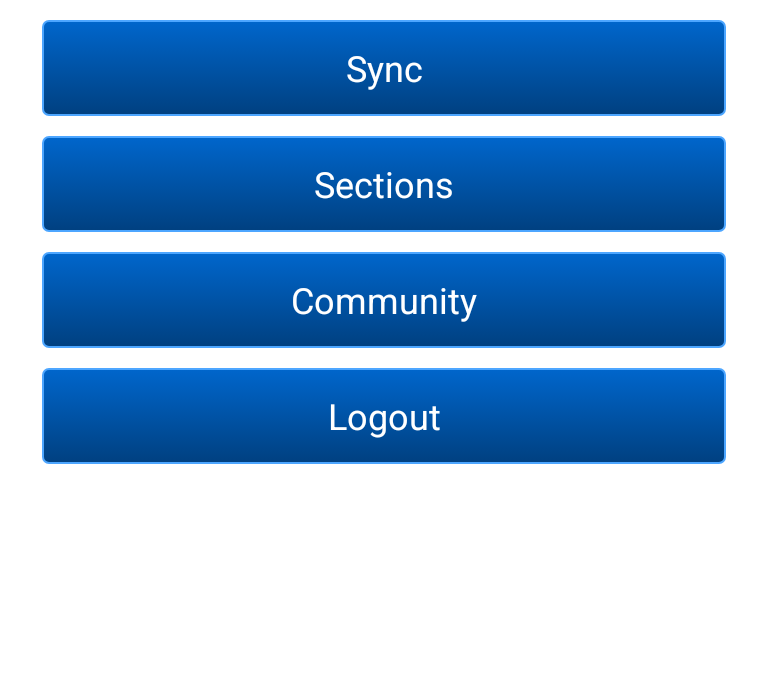
Repository: prabushitha/hydrosaver
Layout: hydrosaver/res/layout/activity_home.xml
These files come from the project's save history. The layout is drawn as it stood at one moment and after the next save; the edit follows.
The pictures show rows 582 to 1280 of an output 1280 px tall.
It is drawn on a 768 x 1280 px phone screen (xhdpi) without system bars, with theme AppTheme; the app's code is not run.

Above is the layout before, as saved 2016-10-08 07:11:24.

After the next save:
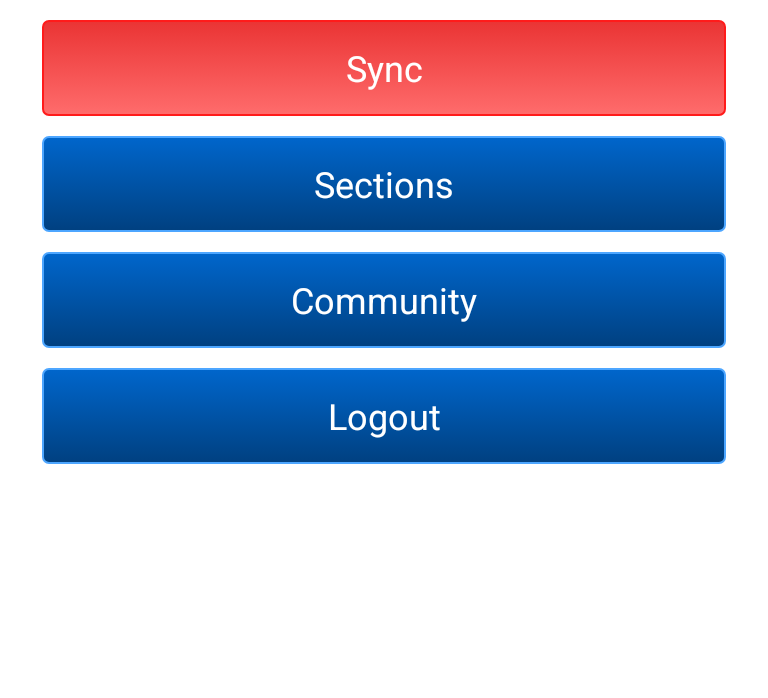
Saved 3 min 21 s later.
--- a/hydrosaver/res/drawable-mdpi/syncbutton.xml
+++ b/hydrosaver/res/drawable-mdpi/syncbutton.xml
@@ -3,22 +3,22 @@
  <item android:state_pressed="true" >
      <shape android:shape="rectangle"  >
          <corners android:radius="3dip" />
-         <stroke android:width="1dip" android:color="#4da6ff" />
-         <gradient android:angle="-90" android:startColor="#0066cc" android:endColor="#004080"  />
+         <stroke android:width="1dip" android:color="#ff1b1b" />
+         <gradient android:angle="-90" android:startColor="#ea3434" android:endColor="#ff6c6c"  />
      </shape>
  </item>
 <item android:state_focused="true">
      <shape android:shape="rectangle"  >
          <corners android:radius="3dip" />
-         <stroke android:width="1dip" android:color="#0066cc" />
-         <solid android:color="#4da6ff"/>
+         <stroke android:width="1dip" android:color="#ea3434" />
+         <solid android:color="#ff6c6c"/>
      </shape>
  </item>
 <item >
     <shape android:shape="rectangle"  >
          <corners android:radius="3dip" />
-         <stroke android:width="1dip" android:color="#4da6ff" />
-         <gradient android:angle="-90" android:startColor="#0066cc" android:endColor="#004080" />
+         <stroke android:width="1dip" android:color="#ff1b1b" />
+         <gradient android:angle="-90" android:startColor="#ea3434" android:endColor="#ff6c6c" />
      </shape>
  </item>
 </selector>
